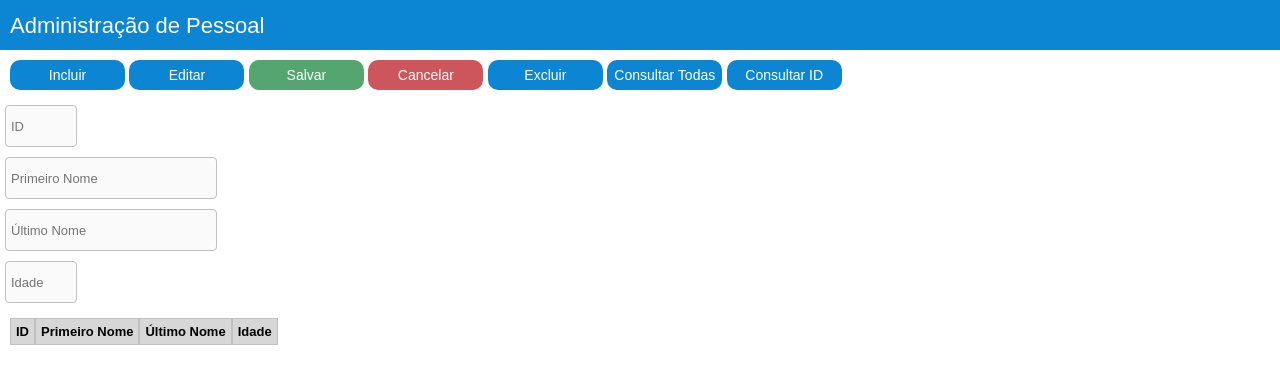
Repository: manueltusset/desafiosoftexpert
Page: rest-desafio/WebContent/index.html
These files come from the project's save history. The page is drawn as it stood at one moment and after a run of saves; the edit follows.
The browser window is 1280 px wide. The pictures show the whole page.

Above is the page before, as saved 2020-03-29 13:37:52.

### rest-desafio/WebContent/index.html
<!DOCTYPE html>
<html>
<script type="text/javascript">
	function request(verbo, url, body, functionErro, functionOK) {
		if (!window.baseURL)
			window.baseURL = window.location.href;

		var httpRequest = new XMLHttpRequest();

		httpRequest.onload = function(){
			var data = httpRequest.responseText;
			return functionOK(data);//sucess
		}

		httpRequest.onerror = function() {
			var data = httpRequest.responseText;
			return functionErro(data);//error
		}

		if (!url)
			return alert('Url inválida!');

		if (!verbo)
			verbo = 'POST';

		httpRequest.open(verbo, baseURL + '' + url, false);
	    httpRequest.setRequestHeader('Content-Type', 'application/json;charset=utf-8');
	    httpRequest.send(body);
	}
	function serializaFormJSON(form, editando) {
	    var serializable = [];
	    serializable.push('{');
	    if (!form)
	    	form = document.querySelector("#frm0");

	    form.querySelectorAll('input').forEach(function(inp){
	    	if (!(!editando && inp.getAttribute('id') === 'id')) {
	    		serializable.push(',' + '"' +inp.getAttribute('id') + '"' + ':' + (inp.getAttribute('type') && inp.getAttribute('type') === 'number' ? inp.value : '"' + inp.value + '"'));
	    	}
	    });
	    serializable.push('}');

        return serializable.join('').replace('{,', '{');
	}
    function selecionaReg(linha){
    	if (linha){
    		var table = linha.parentNode;

    		table.querySelectorAll('tr[class="trSelected"]').forEach(function(tr){
    			tr.removeAttribute('class');
    		});
    		linha.setAttribute('class', 'trSelected');
    		populaCampos();
    	}
    }
    function montaGridJA(json) {
    	var html = [];
    	html.push('<table cellpadding="0" cellspacing="0">');
    	html.push('<tr id="cabecalho-grid">');
    	html.push('<td>ID</td>');
    	html.push('<td>Primeiro Nome</td>');
    	html.push('<td>Último Nome</td>');
    	html.push('<td>Idade</td>');
    	html.push('</tr>');

    	json.forEach(function(j){
    		html.push('<tr onclick="selecionaReg(this);" id="reg">');
    		html.push('<td>'+j.id+'</td>');
    		html.push('<td>'+j.first_name+'</td>');
    		html.push('<td>'+j.last_name+'</td>');
    		html.push('<td>'+j.age+'</td>');
    		html.push('</tr>');
    	});
    	html.push('</table>');
    	document.querySelector('#dvGrid').innerHTML = html.join('');
    }
    function montaGridJO(json) {
    	var html = [];
    	html.push('<table cellpadding="0" cellspacing="0">');
    	html.push('<tr id="cabecalho-grid">');
    	html.push('<td>ID</td>');
    	html.push('<td>Primeiro Nome</td>');
    	html.push('<td>Último Nome</td>');
    	html.push('<td>Idade</td>');
    	html.push('</tr>');
    	html.push('<tr class="trSelected" onclick="selecionaReg(this);" id="reg">');
    	html.push('<td>'+json.id+'</td>');
    	html.push('<td>'+json.first_name+'</td>');
    	html.push('<td>'+json.last_name+'</td>');
    	html.push('<td>'+json.age+'</td>');
    	html.push('</tr>');
    	html.push('</table>');
    	document.querySelector('#dvGrid').innerHTML = html.join('');
    }
    function desabilitaCampos() {
    	document.querySelectorAll('input').forEach(function(inp){
    		inp.setAttribute('disabled', 'disabled');
    		inp.setAttribute('readonly', 'readonly');
    		inp.value = '';
    	});
    }
    function habilitaCampos() {
    	document.querySelectorAll('input').forEach(function(inp){
    		inp.removeAttribute('disabled');
    		inp.removeAttribute('readonly');
    		inp.value = '';
    	});
    	document.querySelector('input[id="id"]').setAttribute('disabled', 'disabled');
    	document.querySelector('input[id="id"]').setAttribute('readonly', 'readonly');
    }
    function populaCampos(){
    	var tr = document.querySelector('.trSelected');
    	var tds = tr.querySelectorAll('td');

    	document.querySelector('input[id="id"]').value = tds[0].innerText;
    	document.querySelector('input[id="first_name"]').value = tds[1].innerText;
    	document.querySelector('input[id="last_name"]').value = tds[2].innerText;
    	document.querySelector('input[id="age"]').value = tds[3].innerText;
    }
	function incluir() {
		habilitaCampos();
	}
	function editar() {
		habilitaCampos();
		populaCampos();
	}
	function salvar() {
		var id = document.querySelector('input[id="id"]').value;
		if (id){
			request('PUT', 'rest/pessoas/edit/' + id, serializaFormJSON(document.querySelector("#frm0"), true), function(err){
			    alert(err);
			}, function(ok){
			    alert(ok);
				consultarID(id);
				cancelar();
			});
		} else {
			request('POST', 'rest/pessoas/insert', serializaFormJSON(document.querySelector("#frm0"), false), function(err){
			    alert(err);
			}, function(ok){
			    alert(ok);
			    consultarTodas();
			    selecionaReg(document.querySelectorAll('tr')[document.querySelectorAll('tr').length -1]);
			    cancelar();
			});
		}
	}
	function cancelar() {
		desabilitaCampos();
		populaCampos();
	}
	function excluir() {
		var id = document.querySelector('input[id="id"]').value;

		if (id) {
			if (!confirm('Deseja realmente deletar essa pessoa?'))
				return;

			request('DELETE', 'rest/pessoas/delete/' + id, '', function(err){
			    alert(err);
			}, function(ok){
			    alert(ok);

			    consultarTodas();
			    selecionaReg(document.querySelectorAll('tr')[1]);
			    populaCampos();
			    cancelar();
			});
		}
	}
	function consultarTodas() {
		request('GET', 'rest/pessoas/list', '', function(err){
		    alert(err);
		}, function(ok){
		    var json = JSON.parse(ok);

		    montaGridJA(json);
		});
	}
	function consultarID(idExterno) {
		var id = (idExterno || prompt('Insira o ID da pessoa que deseja consultar'));

		if (!id)
			return alert('ID não preenchido');

		request('GET', 'rest/pessoas/get/' + id, '', function(err){
		    alert(err);
		}, function(ok){
		    var json = JSON.parse(ok);

		    montaGridJO(json);
		    populaCampos();
		});
	}
	window.onload = function(){
		desabilitaCampos();
	}
</script>
<style>
	body {
		font-family: Arial;
		margin: 0;
	}
	.menu-bar {
		background: #0c86d3;
		height: 50px;
		width: 100%;
		margin: 0;
	}
	.titulo-bar {
		font-size: 22px;
		padding: 10px;
		color: white;
		padding-top: 13px;
	}
	.barra-botoes {
		margin: 10px;
	}
	.botao {
		height: 30px;
		width: 115px;
		border: none;
		border-radius: 10px;
		background: #0c86d3;
		font-size: 14px;
		color: white;
		cursor: pointer;
	}
	.botao:hover {
		opacity: 0.7;
	}
	.background-green {
		background: #55a571;
	}
	.background-red {
		background: #cc565c;
	}
	.dvInputs {
		clear: both;
		padding:5px;
	}
	input {
		border-radius: 4px;
		border:1px solid silver;
		padding: 5px;
		font-size: 13px;
	}
	.input-varchar {
		height: 30px;
		width: 200px;
	}
	.input-integer {
		height: 30px;
		width:60px;
	}
	table {
		margin:10px;
		font-size: 13px;
	}
	td {
		border: 1px solid silver;
		padding: 5px;
	}
	#cabecalho-grid td {
		background: #d8d7d7;
		font-weight: bold;
	}
	.trSelected {
		color: white;
		background: #1ea1f3 !important;
	}
	tr:nth-child(even) {background: #FFF}
	tr:nth-child(odd) {background: #EEE}
</style>
<head>
<meta charset="ISO-8859-1">
<title>Gerenciamento de Pessoas</title>
</head>
<body>
	<div class="menu-bar">
		<div class="titulo-bar">Administração de Pessoal</div>
	</div>
	<div class="barra-botoes">
		<button id="incluir" onclick="incluir();" class="botao" title="Incluir">Incluir</button>
		<button id="editar" onclick="editar();" class="botao" title="Editar">Editar</button>
		<button id="salvar" onclick="salvar();" class="botao background-green" title="Salvar">Salvar</button>
		<button id="cancelar" onclick="cancelar();" class="botao background-red" title="Cancelar">Cancelar</button>
		<button id="excluir" onclick="excluir();" class="botao" title="Excluir">Excluir</button>
		<button id="consultarTodas" onclick="consultarTodas();" class="botao" title="Consultar Todas">Consultar Todas</button>
		<button id="consultarID" onclick="consultarID();" class="botao" title="Consultar ID">Consultar ID</button>
	</div>
	<div id="campos">
		<form id="frm0">
			<div class="dvInputs">
				<input id="id" class="input-integer" placeholder="ID">
			</div>
			<div class="dvInputs">
				<input id="first_name" class="input-varchar" placeholder="Primeiro Nome">
			</div>
			<div class="dvInputs">
				<input id="last_name" class="input-varchar" placeholder="Último Nome">
			</div>
			<div class="dvInputs">
				<input type="number" id="age" class="input-integer" placeholder="Idade">
			</div>
		</form>
	</div>

	<div id="dvGrid">
		<table cellpadding="0" cellspacing="0">
			<tr id="cabecalho-grid">
				<td>ID</td>
				<td>Primeiro Nome</td>
				<td>Último Nome</td>
				<td>Idade</td>
			</tr>
		</table>
	</div>

</body>
</html>

After the next 2 saves:
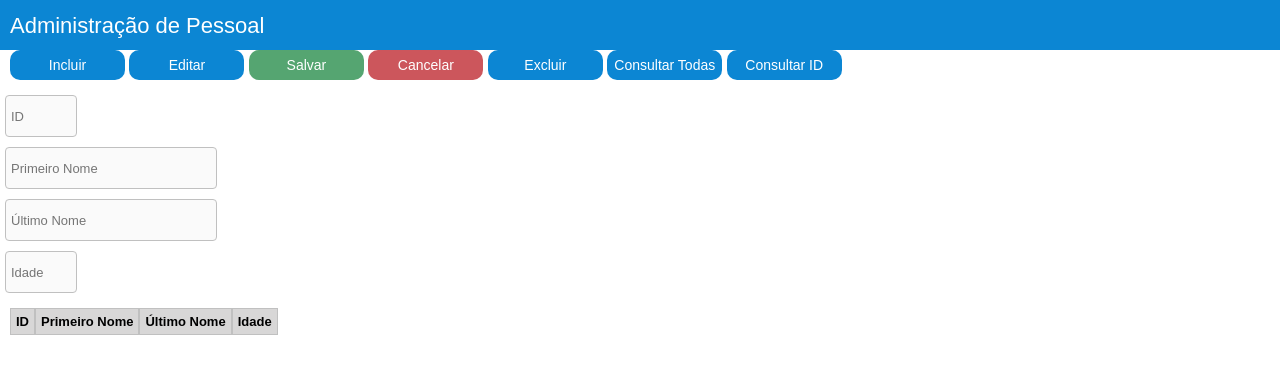
The 2 saves are shown as one change because they came seconds apart.
The last was saved 14 min 35 s later.
--- a/rest-desafio/WebContent/index.html
+++ b/rest-desafio/WebContent/index.html
@@ -215,6 +215,7 @@
 	}
 	.barra-botoes {
 		margin: 10px;
+		margin-top:0;
 	}
 	.botao {
 		height: 30px;

After the save that followed:
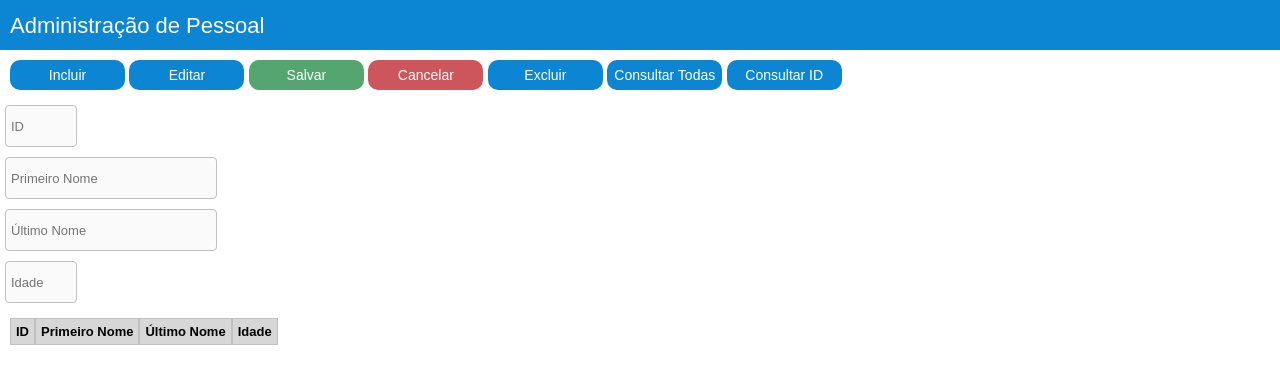
Saved 9 s later.
--- a/rest-desafio/WebContent/index.html
+++ b/rest-desafio/WebContent/index.html
@@ -226,6 +226,7 @@
 		font-size: 14px;
 		color: white;
 		cursor: pointer;
+		    margin-top: 10px;
 	}
 	.botao:hover {
 		opacity: 0.7;
